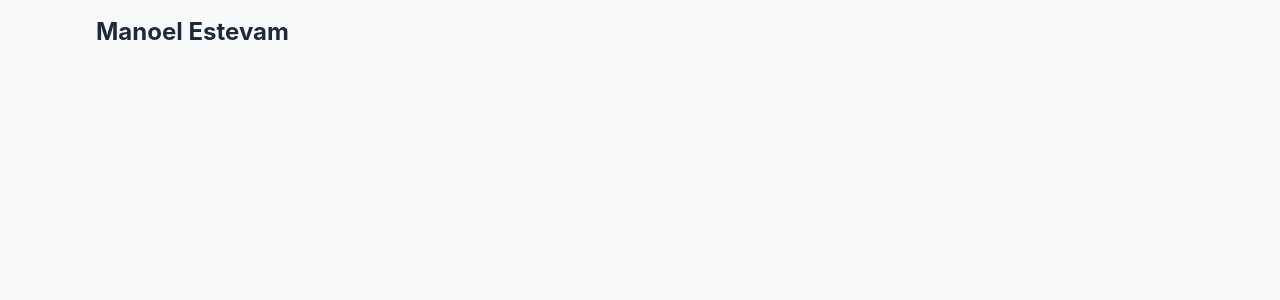
Repository: estevam02009/manoelestevam
Page: /
The author's editor kept a copy of each file at every save. The page is drawn from the files as they stood at one save, then again after the next save.
The browser window is 1280 px wide. The pictures show the whole page.
The project was rebuilt for these pictures with package versions that can differ from the ones it lists, and the page was loaded fresh each time. The framework's server and built-in components were replaced by stand-ins that run in the browser. Also part of the build but not shown: next.config.ts.

Above is the page before, as saved 2025-08-05 14:16:45.

After the next save:
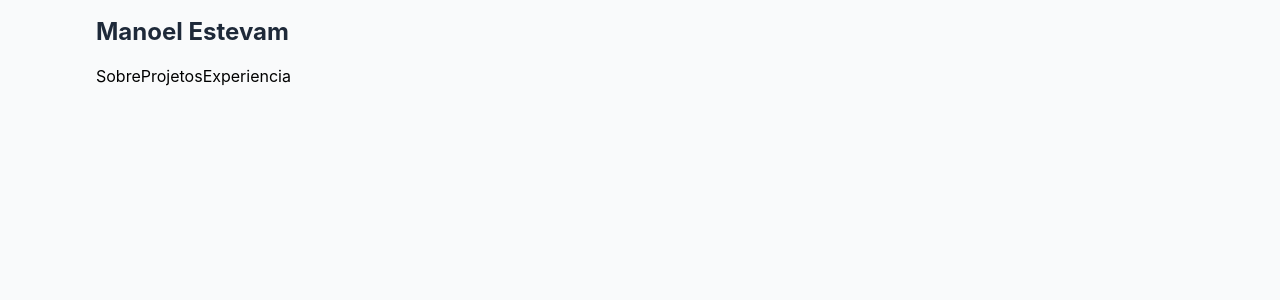
Saved 84 s later.
--- a/src/app/page.tsx
+++ b/src/app/page.tsx
@@ -42,6 +42,11 @@
           <div className="flex justify-between items-center py-4">
             <div className="text-2xl font-bold text-gray-800">Manoel Estevam</div>
           </div>
+
+          {/* Desktop Navigation */}
+          <div className="hidden md:flex space-x-s">
+            {['Sobre', 'Projetos', 'Experiencia']}
+          </div>
         </div>
       </nav>
     </div>

After the save that followed:
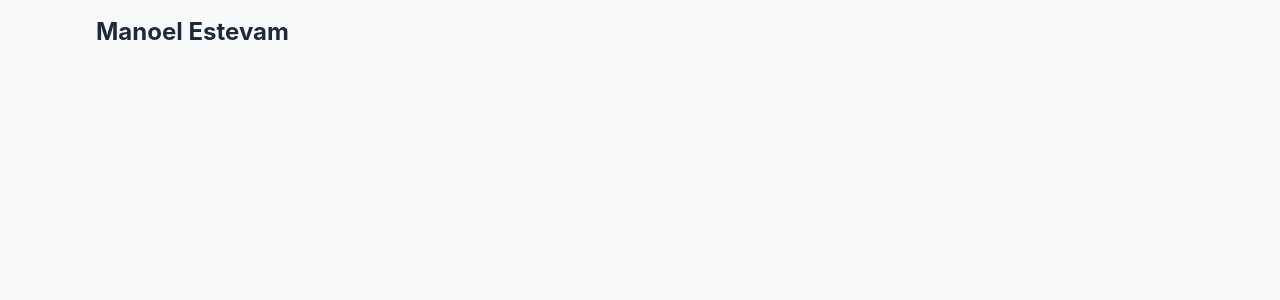
Saved 2 min 46 s later.
--- a/src/app/page.tsx
+++ b/src/app/page.tsx
@@ -45,7 +45,13 @@
 
           {/* Desktop Navigation */}
           <div className="hidden md:flex space-x-s">
-            {['Sobre', 'Projetos', 'Experiencia']}
+            {['Sobre', 'Projetos', 'Experiencia', 'Contato'].map((item) => (
+              <button
+                key={item}
+                onClick={() => scrollToSection(item.toLowerCase())}
+                className={`text-sm font-medium transition-colors duration-200 hover:text-blue-600 ${activeSection === item.toLowerCase() ? 'text-blue-600' : 'text-gray-700'}`}
+              ></button>
+            ))}
           </div>
         </div>
       </nav>
